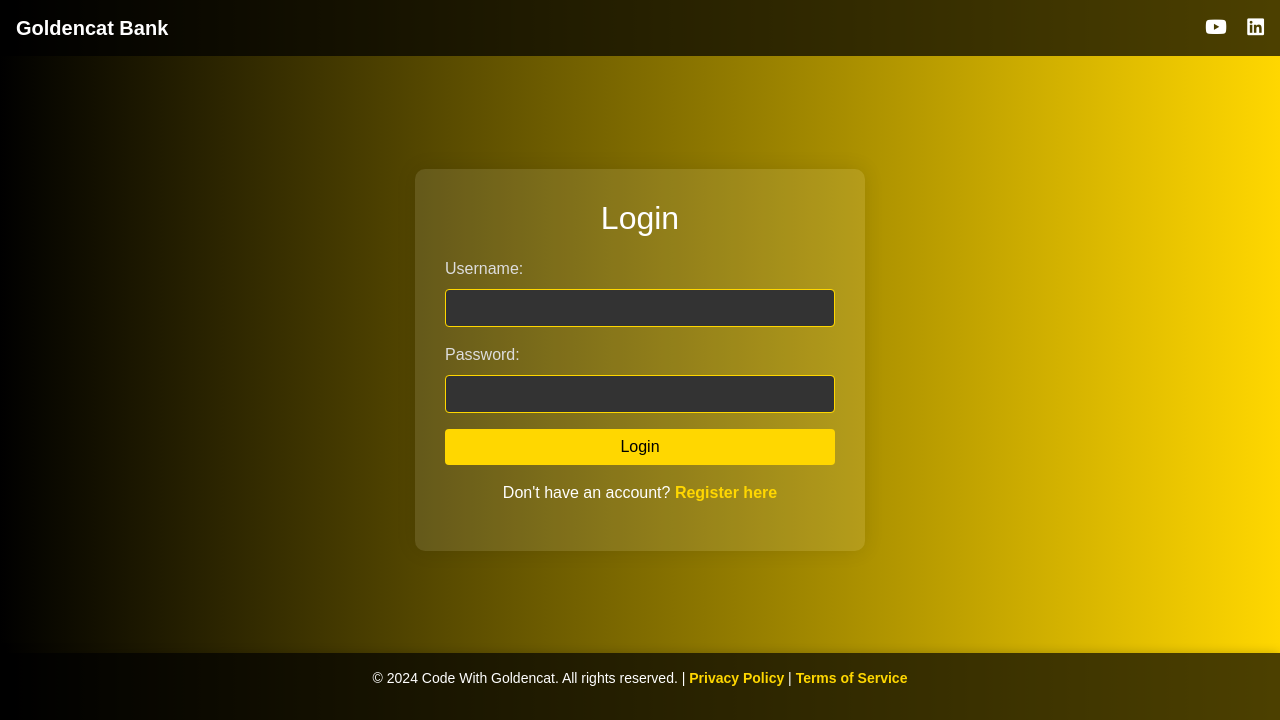
Repository: Suryadamuluri/BankX
Page: http://localhost/login
The author's editor kept a copy of each file at every save. The page is drawn from the files as they stood at one save, then again after the next save.
The browser window is 1280 px wide. The pictures show the whole page.
The page is this project's Thymeleaf template; nobody is signed in. The template is opened directly, without the code that normally fills it, so the values that code supplies are empty.

Above is the page before, as saved 2025-01-24 16:55:11.

### BankApplication/src/main/resources/templates/login.html
<!DOCTYPE html>
<html xmlns:th="http://www.thymeleaf.org">
<head>
    <title>Login - Goldencat Bank</title>
    <link href="https://stackpath.bootstrapcdn.com/bootstrap/4.5.2/css/bootstrap.min.css" rel="stylesheet">
    <link rel="stylesheet" href="https://cdnjs.cloudflare.com/ajax/libs/font-awesome/5.15.3/css/all.min.css">
    <style>
        body {
            font-family: 'Arial', sans-serif;
            background: linear-gradient(to right, #000000, #ffd700);
            color: #ffffff;
            margin: 0;
            padding: 0;
            height: 100vh;
            display: flex;
            justify-content: center;
            align-items: center;
        }

        .navbar-custom {
            background-color: rgba(0, 0, 0, 0.7);
            position: fixed;
            top: 0;
            width: 100%;
            z-index: 1000;
        }

        .navbar-custom a {
            color: #ffffff !important;
        }

        .navbar-custom .navbar-brand {
            font-weight: bold;
        }

        .navbar-custom .social-icons a {
            color: #ffffff;
            margin-left: 15px;
            font-size: 1.2rem;
            transition: color 0.3s ease;
        }

        .navbar-custom .social-icons a:hover {
            color: #ffd700;
        }

        .container {
            max-width: 450px;
            padding: 30px;
            background-color: rgba(255, 255, 255, 0.1);
            border-radius: 10px;
            box-shadow: 0 0 20px rgba(0, 0, 0, 0.1);
            position: relative;
            text-align: center;
        }

        .container h2 {
            color: #ffffff;
            margin-bottom: 20px;
        }

        .form-group label {
            color: #dddddd;
            text-align: left;
            display: block;
        }

        .form-group input {
            border: 1px solid #ffd700;
            background-color: #333;
            color: #ffffff;
        }

        .btn {
            background-color: #ffd700;
            border: none;
            color: black;
            transition: background-color 0.3s ease;
        }

        .btn:hover {
            background-color: #ffc700;
        }

        .custom-link {
            color: #ffd700;
            text-decoration: none;
            font-weight: bold;
        }

        .custom-link:hover {
            color: #ffecb3;
            text-decoration: underline;
        }

        .footer {
            background-color: rgba(0, 0, 0, 0.7);
            color: white;
            padding: 15px 0;
            font-size: 14px;
            position: fixed;
            bottom: 0;
            width: 100%;
            text-align: center;
            box-shadow: 0 0 10px rgba(0, 0, 0, 0.2);
        }

        @keyframes shake {
            0% { transform: translateX(0); }
            25% { transform: translateX(-5px); }
            50% { transform: translateX(5px); }
            75% { transform: translateX(-5px); }
            100% { transform: translateX(0); }
        }
    </style>
</head>
<body>
<nav class="navbar navbar-expand-lg navbar-custom">
    <a class="navbar-brand" href="#">Goldencat Bank</a>
    <div class="ml-auto social-icons">
        <a href="https://www.youtube.com/@codewithgoldencat" target="_blank" title="YouTube">
            <i class="fab fa-youtube"></i>
        </a>
        <a href="https://www.linkedin.com/in/code-with-goldecat-453460297/" target="_blank" title="LinkedIn">
            <i class="fab fa-linkedin"></i>
        </a>
    </div>
</nav>

<div class="container">
    <h2 class="text-center">Login</h2>
    <form method="post" action="/login">
        <div class="form-group">
            <label>Username:</label>
            <input type="text" class="form-control" name="username" required />
        </div>
        <div class="form-group">
            <label>Password:</label>
            <input type="password" class="form-control" name="password" required />
        </div>
        <button type="submit" class="btn btn-block">Login</button>
    </form>
    <p class="text-center mt-3">Don't have an account? <a href="/register" class="custom-link">Register here</a></p>

    <div th:if="${param.error}" class="alert alert-danger mt-3 text-center">
        Invalid username or password.
    </div>
</div>

<!-- Footer -->
<footer class="footer">
    <p>&copy; 2024 Code With Goldencat. All rights reserved. | <a href="#" class="custom-link">Privacy Policy</a> | <a href="#" class="custom-link">Terms of Service</a></p>
</footer>

</body>
</html>

After the next save:
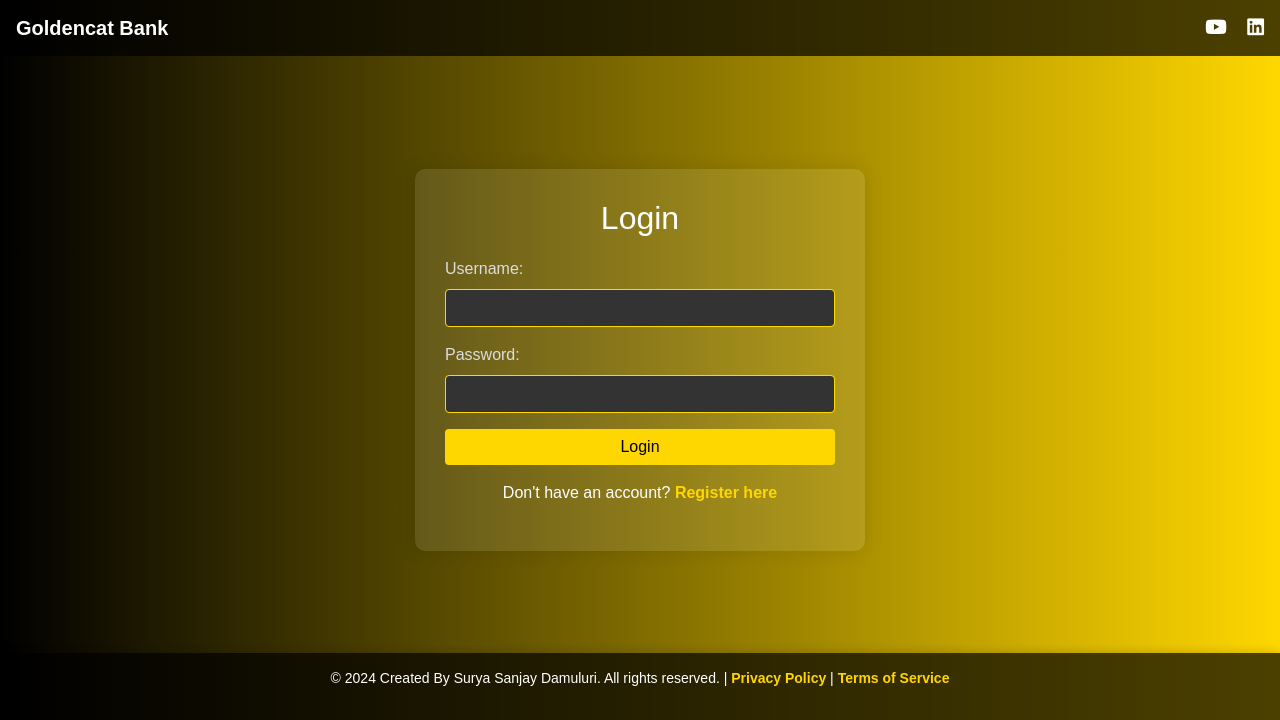
Saved 16 s later.
--- a/BankApplication/src/main/resources/templates/login.html
+++ b/BankApplication/src/main/resources/templates/login.html
@@ -1,7 +1,7 @@
 <!DOCTYPE html>
 <html xmlns:th="http://www.thymeleaf.org">
 <head>
-    <title>Login - Goldencat Bank</title>
+    <title>Login</title>
     <link href="https://stackpath.bootstrapcdn.com/bootstrap/4.5.2/css/bootstrap.min.css" rel="stylesheet">
     <link rel="stylesheet" href="https://cdnjs.cloudflare.com/ajax/libs/font-awesome/5.15.3/css/all.min.css">
     <style>
@@ -149,7 +149,7 @@
 
 <!-- Footer -->
 <footer class="footer">
-    <p>&copy; 2024 Code With Goldencat. All rights reserved. | <a href="#" class="custom-link">Privacy Policy</a> | <a href="#" class="custom-link">Terms of Service</a></p>
+    <p>&copy; 2024 Created By Surya Sanjay Damuluri. All rights reserved. | <a href="#" class="custom-link">Privacy Policy</a> | <a href="#" class="custom-link">Terms of Service</a></p>
 </footer>
 
 </body>
